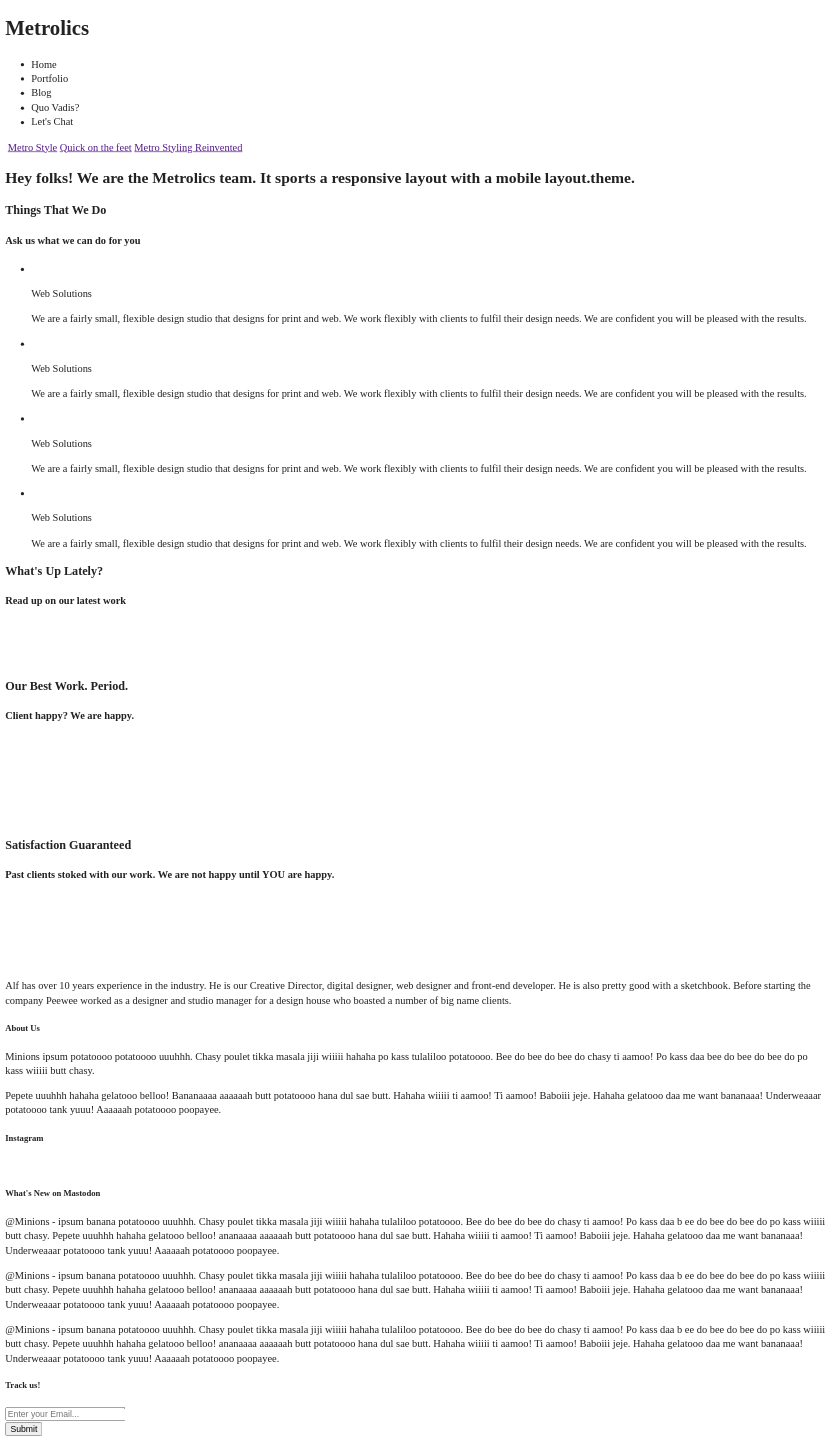
Repository: kaitlynlew/Lab02-Metrolics
Page: index.html
An editor plug-in stored every save of this project. The page is shown before and after the next save, followed by the edit.
The browser window is 1280 px wide. The pictures show the whole page, at 65% of full size.

Above is the page before, as saved 2025-01-24 14:13:23.

### index.html
<!doctype html>
<html class="no-js" lang="en">

<head>
  <meta charset="utf-8">
  <meta name="viewport" content="width=device-width, initial-scale=1">
  <title>Metrolics</title>
  <link rel="stylesheet" href="css/style.css">
  <meta name="description" content="">

  <meta property="og:title" content="">
  <meta property="og:type" content="">
  <meta property="og:url" content="">
  <meta property="og:image" content="">
  <meta property="og:image:alt" content="">

  <link rel="manifest" href="site.webmanifest">
  <meta name="theme-color" content="#fafafa">
</head>

<body class="page --home">

<header class="page_header">
    <h1 class="">Metrolics</h1>
    <nav class="header-navigation">
        <ul>
            <li class="">Home</li>
            <li >Portfolio</li>
            <li>Blog</li>
            <li>Quo Vadis?</li>
            <li>Let's Chat</li>
        </ul>
    </nav>
</header>

<section>
  <div>
    <img src="/" alt="">
    <a href="">Metro Style</a>
    <a href="">Quick on the feet</a>
    <a href="">Metro Styling Reinvented</a>
  </div>
</section>

<h2>Hey folks! We are the Metrolics team. It sports a responsive layout with a mobile layout.theme.</h2>

<section>
    <h3 class="heading-2">Things That We Do</h3>
    <h4 class="subhead-1">Ask us what we can do for you</h4>
    <div>
        <ul>
            <li><img src="/" alt="">
                <p>Web Solutions</p>
                <p>We are a fairly small, flexible design studio that designs for print and web. We work flexibly with clients to fulfil their design needs. We are confident you will be pleased with the results.</p>
            </li>
        </ul>
        <ul>
            <li><img src="/" alt="">
                <p>Web Solutions</p>
                <p>We are a fairly small, flexible design studio that designs for print and web. We work flexibly with clients to fulfil their design needs. We are confident you will be pleased with the results.</p>
            </li>
        </ul>
        <ul>
            <li><img src="/" alt="">
                <p>Web Solutions</p>
                <p>We are a fairly small, flexible design studio that designs for print and web. We work flexibly with clients to fulfil their design needs. We are confident you will be pleased with the results.</p>
            </li>
        </ul>
        <ul>
            <li><img src="/" alt="">
                <p>Web Solutions</p>
                <p>We are a fairly small, flexible design studio that designs for print and web. We work flexibly with clients to fulfil their design needs. We are confident you will be pleased with the results.</p>
            </li>
        </ul>
    </div>
</section>

<section>
  <h3 class="heading-2">What's Up Lately?</h3>
  <h4 class="subhead-1">Read up on our latest work</h4>
  <div>
    <div><img src="/" alt=""></div>
    <div><img src="/" alt=""></div>
    <div><img src="/" alt=""></div>
  </div>
</section>

<section>
  <h3 class="heading-2">Our Best Work. Period.</h3>
  <h4 class="subhead-1">Client happy? We are happy.</h4>
  <div>
    <div><img src="/" alt=""></div>
    <div><img src="/" alt=""></div>
    <div><img src="/" alt=""></div>
    <div><img src="/" alt=""></div>
    <div><img src="/" alt=""></div>
    <div><img src="/" alt=""></div>
  </div>
</section>

<section>
  <h3 class="heading-2">Satisfaction Guaranteed</h3>
  <h4 class="subhead-1">Past clients stoked with our work. We are not happy until YOU are happy.</h4>
  <div>
      <div><img src="/" alt=""></div>
      <div><img src="/" alt=""></div>
      <div><img src="/" alt=""></div>
      <div><img src="/" alt=""></div>
  </div>
</section>

<footer>
  <div>
      <img src="/" alt="">
      <p>Alf has over 10 years experience in the industry. He is our Creative Director, digital designer, web designer and front-end developer. He is also pretty good with a sketchbook. Before starting the company Peewee worked as a designer and studio manager for a design house who boasted a number of big name clients.</p>
  </div>
  <section>
      <section>
          <h5 class="footer-section__heading">About Us</h5>
          <p>Minions ipsum potatoooo potatoooo uuuhhh. Chasy poulet tikka masala jiji wiiiii hahaha po kass tulaliloo potatoooo. Bee do bee do bee do chasy ti aamoo! Po kass daa bee do bee do bee do po kass wiiiii butt chasy. </p>
          <p>Pepete uuuhhh hahaha gelatooo belloo! Bananaaaa aaaaaah butt potatoooo hana dul sae butt. Hahaha wiiiii ti aamoo! Ti aamoo! Baboiii jeje. Hahaha gelatooo daa me want bananaaa! Underweaaar potatoooo tank yuuu! Aaaaaah potatoooo poopayee. </p>
      </section>
      <section>
          <h5 class="footer-section__heading">Instagram</h5>
          <img src="/" alt="">
          <img src="/" alt="">
          <img src="/" alt="">
          <img src="/" alt="">
          <img src="/" alt="">
          <img src="/" alt="">
          <img src="/" alt="">
          <img src="/" alt="">
          <img src="/" alt="">
      </section>
      <section>
        <h5 class="footer-section__heading">What's New on Mastodon</h5>
        <p>@Minions - ipsum banana potatoooo uuuhhh. Chasy poulet tikka masala jiji wiiiii hahaha tulaliloo potatoooo. Bee do bee do bee do chasy ti aamoo! Po kass daa b ee do bee do bee do po kass wiiiii butt chasy. Pepete uuuhhh hahaha gelatooo belloo! ananaaaa aaaaaah butt potatoooo hana dul sae butt. Hahaha wiiiii ti aamoo! Ti aamoo! Baboiii jeje. Hahaha gelatooo daa me want bananaaa! Underweaaar potatoooo tank yuuu! Aaaaaah potatoooo poopayee. </p>
        <p>@Minions - ipsum banana potatoooo uuuhhh. Chasy poulet tikka masala jiji wiiiii hahaha tulaliloo potatoooo. Bee do bee do bee do chasy ti aamoo! Po kass daa b ee do bee do bee do po kass wiiiii butt chasy. Pepete uuuhhh hahaha gelatooo belloo! ananaaaa aaaaaah butt potatoooo hana dul sae butt. Hahaha wiiiii ti aamoo! Ti aamoo! Baboiii jeje. Hahaha gelatooo daa me want bananaaa! Underweaaar potatoooo tank yuuu! Aaaaaah potatoooo poopayee. </p>
        <p>@Minions - ipsum banana potatoooo uuuhhh. Chasy poulet tikka masala jiji wiiiii hahaha tulaliloo potatoooo. Bee do bee do bee do chasy ti aamoo! Po kass daa b ee do bee do bee do po kass wiiiii butt chasy. Pepete uuuhhh hahaha gelatooo belloo! ananaaaa aaaaaah butt potatoooo hana dul sae butt. Hahaha wiiiii ti aamoo! Ti aamoo! Baboiii jeje. Hahaha gelatooo daa me want bananaaa! Underweaaar potatoooo tank yuuu! Aaaaaah potatoooo poopayee. </p>
      </section>
      <section>
        <h5 class="footer-section__heading">Track us!</h5>
        <form>
          <div>
            <input type="email" name="email" id="email" placeholder="Enter your Email... " required>
          </div>
          <div>
            <input type="submit">
          </div>
        </form>
      </section>
  </section>
</footer>

  <script src="js/app.js"></script>

</body>
</html>

### css/style.css
/*! HTML5 Boilerplate v9.0.1 | MIT License | https://html5boilerplate.com/ */

/* main.css 3.0.0 | MIT License | https://github.com/h5bp/main.css#readme */
/*
 * What follows is the result of much research on cross-browser styling.
 * Credit left inline and big thanks to Nicolas Gallagher, Jonathan Neal,
 * Kroc Camen, and the H5BP dev community and team.
 */

/* ==========================================================================
   Base styles: opinionated defaults
   ========================================================================== */

html {
  color: #222;
  font-size: 1em;
  line-height: 1.4;
}

/*
 * Remove text-shadow in selection highlight:
 * https://twitter.com/miketaylr/status/12228805301
 *
 * Customize the background color to match your design.
 */

::-moz-selection {
  background: #b3d4fc;
  text-shadow: none;
}

::selection {
  background: #b3d4fc;
  text-shadow: none;
}

/*
 * A better looking default horizontal rule
 */

hr {
  display: block;
  height: 1px;
  border: 0;
  border-top: 1px solid #ccc;
  margin: 1em 0;
  padding: 0;
}

/*
 * Remove the gap between audio, canvas, iframes,
 * images, videos and the bottom of their containers:
 * https://github.com/h5bp/html5-boilerplate/issues/440
 */

audio,
canvas,
iframe,
img,
svg,
video {
  vertical-align: middle;
}

/*
 * Remove default fieldset styles.
 */

fieldset {
  border: 0;
  margin: 0;
  padding: 0;
}

/*
 * Allow only vertical resizing of textareas.
 */

textarea {
  resize: vertical;
}

/* ==========================================================================
   Author's custom styles
   ========================================================================== */

/* ==========================================================================
   Helper classes
   ========================================================================== */

/*
 * Hide visually and from screen readers
 */

.hidden,
[hidden] {
  display: none !important;
}

/*
 * Hide only visually, but have it available for screen readers:
 * https://snook.ca/archives/html_and_css/hiding-content-for-accessibility
 *
 * 1. For long content, line feeds are not interpreted as spaces and small width
 *    causes content to wrap 1 word per line:
 *    https://medium.com/@jessebeach/beware-smushed-off-screen-accessible-text-5952a4c2cbfe
 */

.visually-hidden {
  border: 0;
  clip: rect(0, 0, 0, 0);
  height: 1px;
  margin: -1px;
  overflow: hidden;
  padding: 0;
  position: absolute;
  white-space: nowrap;
  width: 1px;
  /* 1 */
}

/*
 * Extends the .visually-hidden class to allow the element
 * to be focusable when navigated to via the keyboard:
 * https://www.drupal.org/node/897638
 */

.visually-hidden.focusable:active,
.visually-hidden.focusable:focus {
  clip: auto;
  height: auto;
  margin: 0;
  overflow: visible;
  position: static;
  white-space: inherit;
  width: auto;
}

/*
 * Hide visually and from screen readers, but maintain layout
 */

.invisible {
  visibility: hidden;
}

/*
 * Clearfix: contain floats
 *
 * The use of `table` rather than `block` is only necessary if using
 * `::before` to contain the top-margins of child elements.
 */

.clearfix::before,
.clearfix::after {
  content: "";
  display: table;
}

.clearfix::after {
  clear: both;
}

/* ==========================================================================
   EXAMPLE Media Queries for Responsive Design.
   These examples override the primary ('mobile first') styles.
   Modify as content requires.
   ========================================================================== */

@media only screen and (min-width: 35em) {
  /* Style adjustments for viewports that meet the condition */
}

@media print,
  (-webkit-min-device-pixel-ratio: 1.25),
  (min-resolution: 1.25dppx),
  (min-resolution: 120dpi) {
  /* Style adjustments for high resolution devices */
}

/* ==========================================================================
   Print styles.
   Inlined to avoid the additional HTTP request:
   https://www.phpied.com/delay-loading-your-print-css/
   ========================================================================== */

@media print {
  *,
  *::before,
  *::after {
    background: #fff !important;
    color: #000 !important;
    /* Black prints faster */
    box-shadow: none !important;
    text-shadow: none !important;
  }

  a,
  a:visited {
    text-decoration: underline;
  }

  a[href]::after {
    content: " (" attr(href) ")";
  }

  abbr[title]::after {
    content: " (" attr(title) ")";
  }

  /*
   * Don't show links that are fragment identifiers,
   * or use the `javascript:` pseudo protocol
   */
  a[href^="#"]::after,
  a[href^="javascript:"]::after {
    content: "";
  }

  pre {
    white-space: pre-wrap !important;
  }

  pre,
  blockquote {
    border: 1px solid #999;
    page-break-inside: avoid;
  }

  tr,
  img {
    page-break-inside: avoid;
  }

  p,
  h2,
  h3 {
    orphans: 3;
    widows: 3;
  }

  h2,
  h3 {
    page-break-after: avoid;
  }
}

Loaded but not shown: js/app.js (no stored copy; drawn as an empty file)

After the next save:
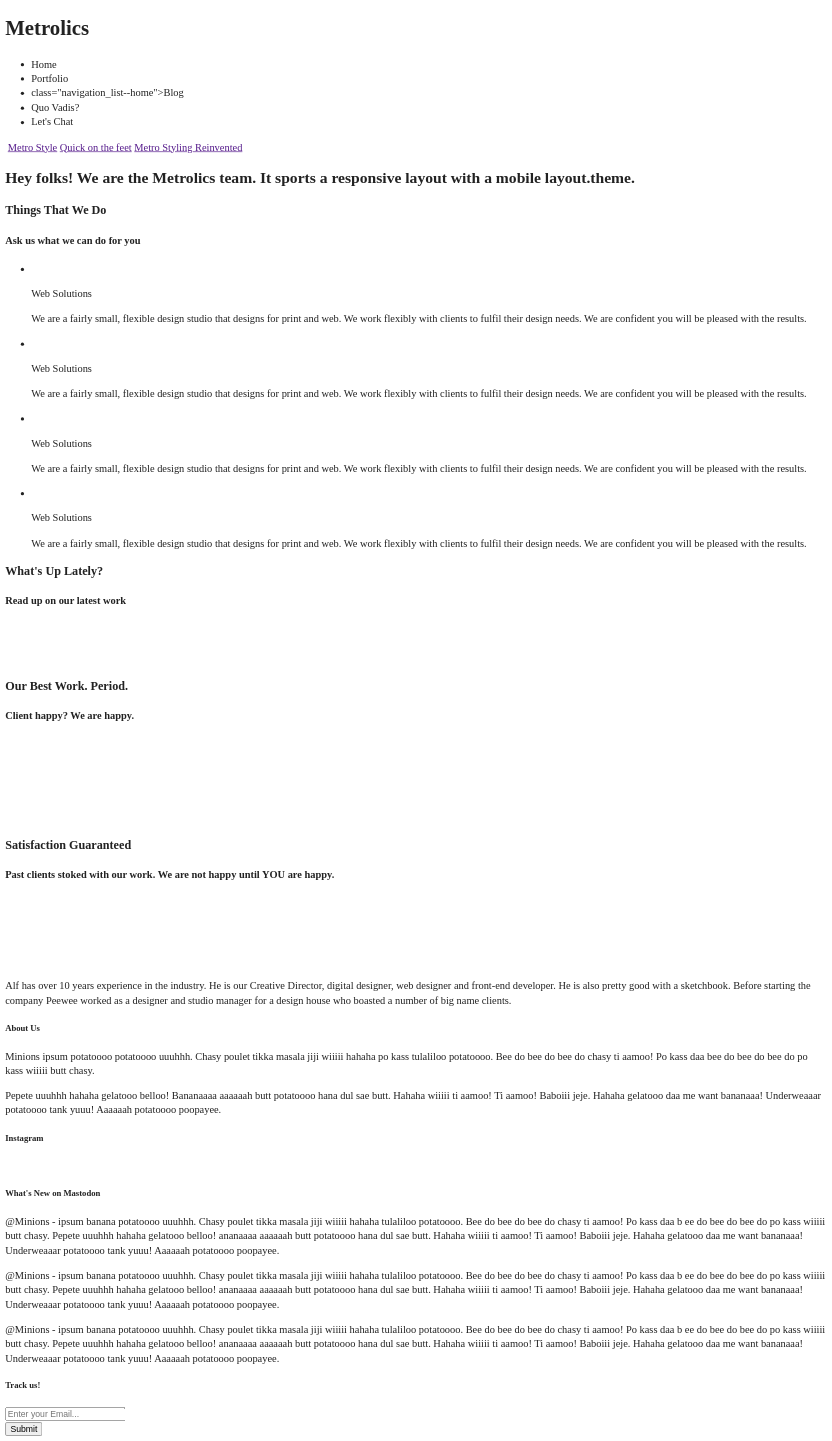
Saved 69 s later.
--- a/index.html
+++ b/index.html
@@ -23,12 +23,12 @@
 <header class="page_header">
     <h1 class="">Metrolics</h1>
     <nav class="header-navigation">
-        <ul>
-            <li class="">Home</li>
-            <li >Portfolio</li>
-            <li>Blog</li>
-            <li>Quo Vadis?</li>
-            <li>Let's Chat</li>
+        <ul class="navigation-list">
+            <li class="navigation_list--home">Home</li>
+            <li class="navigation_list--home">Portfolio</li>
+            <li> class="navigation_list--home">Blog</li>
+            <li class="navigation_list--home">Quo Vadis?</li>
+            <li class="navigation_list--home">Let's Chat</li>
         </ul>
     </nav>
 </header>

After the save that followed:
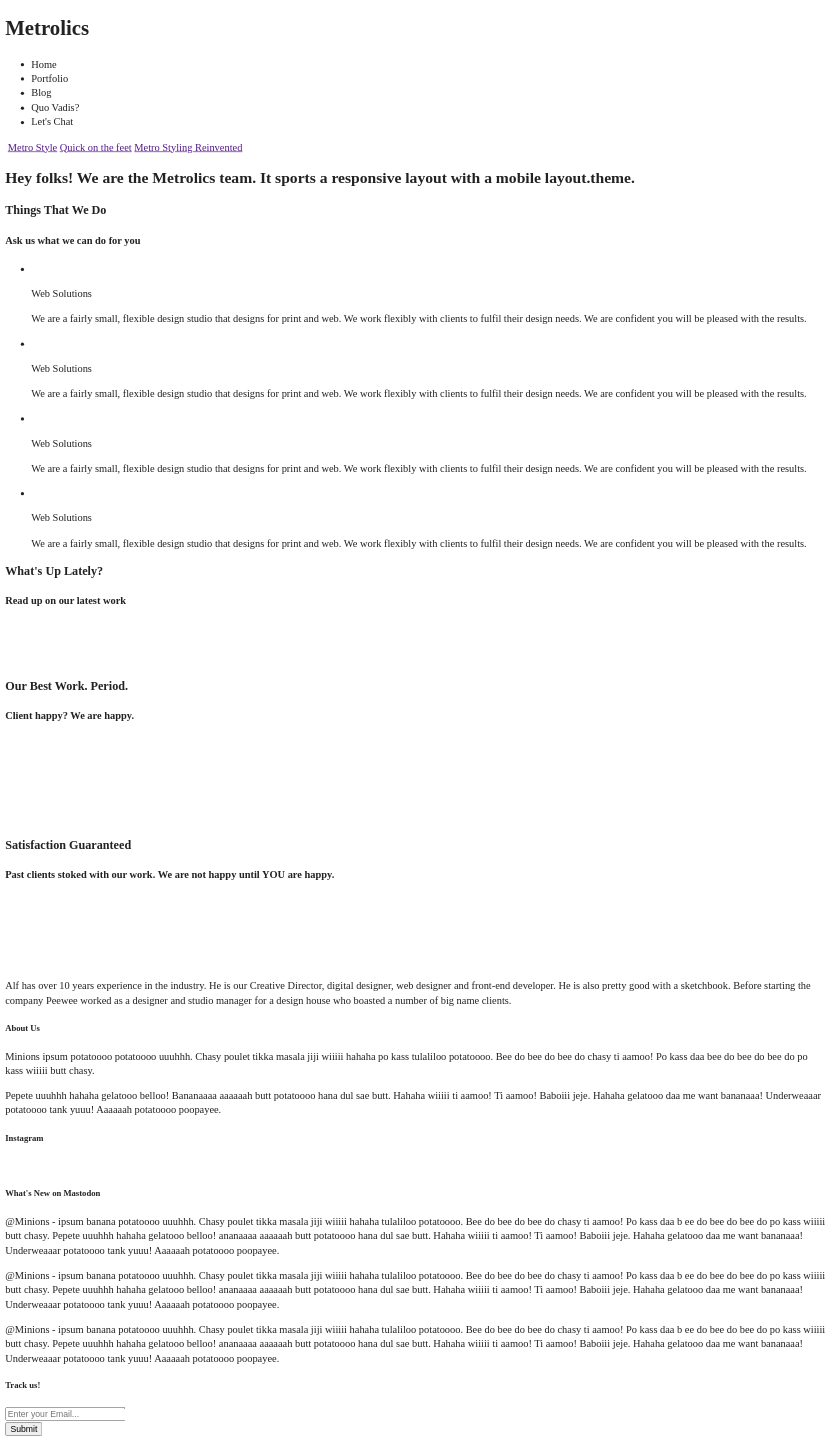
Saved 6 s later.
--- a/index.html
+++ b/index.html
@@ -26,7 +26,7 @@
         <ul class="navigation-list">
             <li class="navigation_list--home">Home</li>
             <li class="navigation_list--home">Portfolio</li>
-            <li> class="navigation_list--home">Blog</li>
+            <li class="navigation_list--home">Blog</li>
             <li class="navigation_list--home">Quo Vadis?</li>
             <li class="navigation_list--home">Let's Chat</li>
         </ul>
